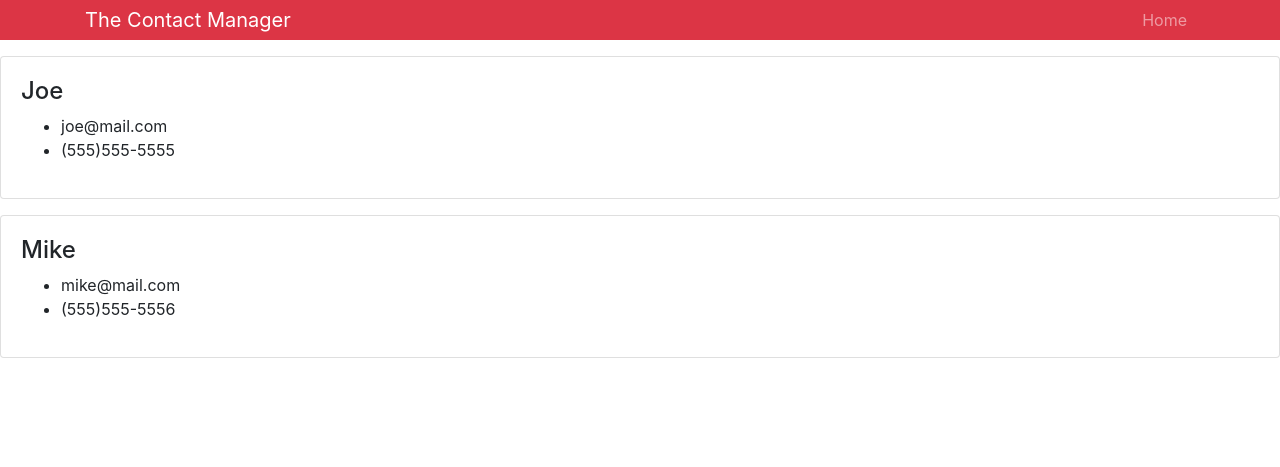
Repository: MikeTroianello/Contact-Manager
Page: /
An editor plug-in stored every save of this project. The page is shown before and after the next save, followed by the edit.
The browser window is 1280 px wide. The pictures show the whole page.
The project was rebuilt for these pictures with package versions that can differ from the ones it lists, and the page was loaded fresh each time. Also part of the build but not shown: src/App.css.

Above is the page before, as saved 2019-05-19 00:40:01.

### src/App.js
import React from "react";
import Contact from "./components/Contact";
import Header from "./components/Header";

import "bootstrap/dist/css/bootstrap.min.css";
import "./App.css";

function App() {
  return (
    <div className="App">
      <Header branding="The Contact Manager" />
      <Contact name="Joe" email="joe@mail.com" phone="(555)555-5555" />
      <Contact name="Mike" email="mike@mail.com" phone="(555)555-5556" />
    </div>
  );
}

export default App;

### src/components/Contact.js
import React, { Component } from "react";
import PropTypes from "prop-types";

class Contact extends Component {
  render() {
    const { name, email, phone } = this.props;
    return (
      <div className="card card-body mb-3">
        <h4>{name}</h4>
        <ul>
          <li>{email}</li>
          <li>{phone}</li>
        </ul>
      </div>
    );
  }
}

Contact.propTypes = {
  name: PropTypes.string.isRequired,
  email: PropTypes.string.isRequired,
  phone: PropTypes.string.isRequired
};

export default Contact;

### src/components/Header.js
import React from "react";
import PropTypes from "prop-types";

const Header = props => {
  const { branding } = props;
  return (
    <nav className="navbar navbar-expand-sm navbar-dark bg-danger mb-3 py-0">
      <div className="container">
        <a href="/" className="navbar-brand">
          {branding}
        </a>
        <div>
          <ul className="navbar-nav mr-auto">
            <a href="/" className="nav-link">
              Home
            </a>
          </ul>
        </div>
      </div>
    </nav>
  );
};

Header.defaultProps = {
  branding: "My App"
};

Header.propTypes = {
  branding: PropTypes.string.isRequired
};

export default Header;

Loaded but not shown: src/index.js (common file); src/serviceWorker.js (common file)

After the next save:
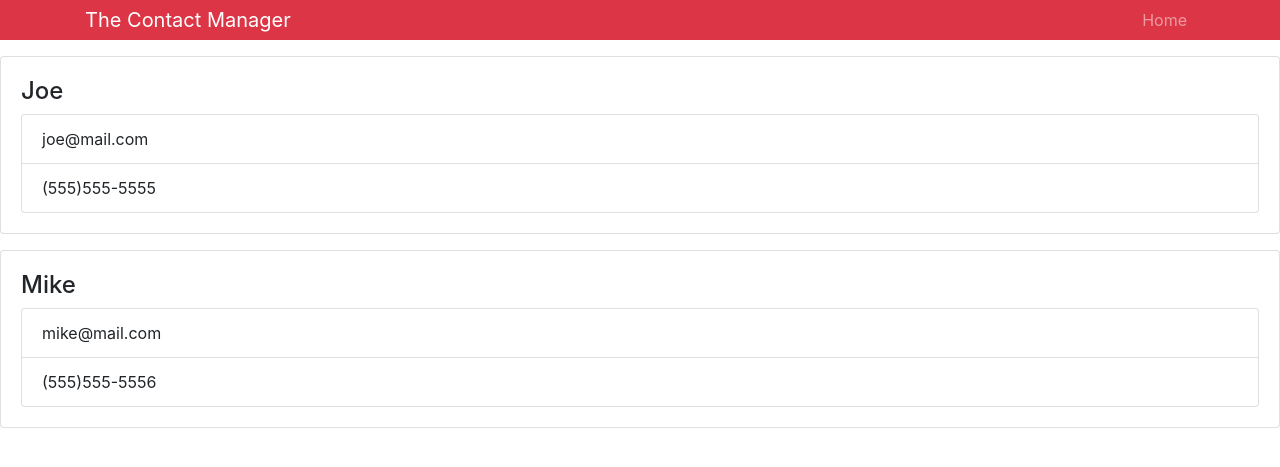
Saved 40 s later.
--- a/src/components/Contact.js
+++ b/src/components/Contact.js
@@ -7,9 +7,9 @@ class Contact extends Component {
     return (
       <div className="card card-body mb-3">
         <h4>{name}</h4>
-        <ul>
-          <li>{email}</li>
-          <li>{phone}</li>
+        <ul className="list-group">
+          <li className="list-group-item">{email}</li>
+          <li className="list-group-item">{phone}</li>
         </ul>
       </div>
     );
